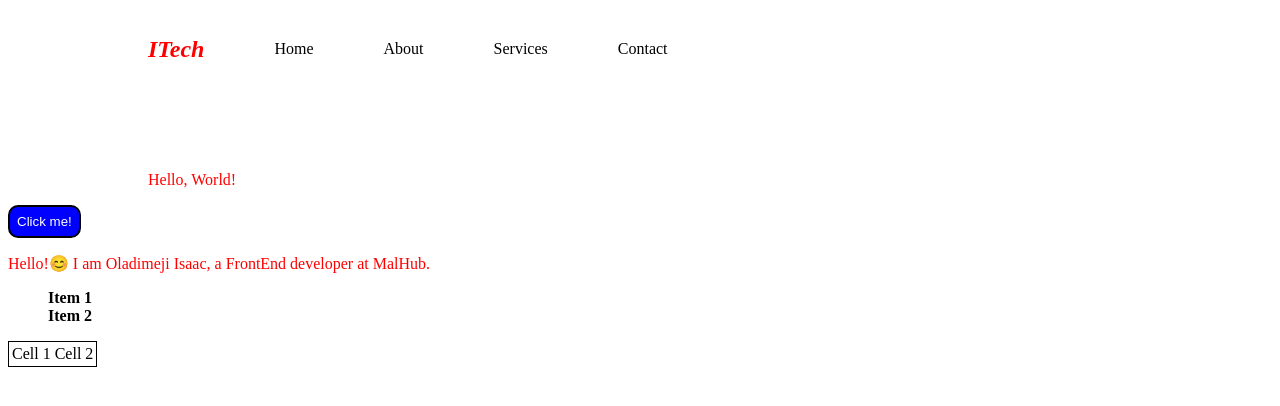
Repository: isaacCodes1/Calculator-with-js
Page: Assigment.html
These files come from the project's save history. The page is drawn as it stood at one moment and after the next save; the edit follows.
The browser window is 1280 px wide. The pictures show the whole page.

Above is the page before, as saved 2024-05-22 22:26:38.

### Assigment.html
        <!DOCTYPE html>
        <html lang="en">
        <head>
                <meta charset="UTF-8">
                <meta name="viewport" content="width=device-width, initial-scale=1.0">
                <title>Document</title>
        </head>
        <body>
                <!-- Assignment:- Give Ten examples of using the .style property -->
                <nav>
                        <ul id="lists">
                                <h1 id="logo">ITech</h1>
                                <li>Home</li>
                                <li>About</li>
                                <li>Services</li>
                                <li>Contact</li>
                        </ul>
                </nav>
                <h1 id="para"><marquee behavior="" direction="">JAVASCRIPT!!</marquee></h1>
                <p id="paragraph">Hello, World!</p>
                <button onclick="alert('Clicked!')" id="but">Click me!</button>
                <p id="para1">Hello!😊 I am Oladimeji Isaac, a FrontEnd developer at MalHub.</p>
                <ul id="list"><li>Item 1</li><li>Item 2</li></ul>
                <table id="table">
                        <tr>
                        <td>Cell 1</td>
                        <td>Cell 2</td>
                        </tr>
                </table>
                <script>
                document.getElementById("paragraph").style.color = "red";
                document.getElementById("paragraph").style.marginLeft = "140px";
                document.getElementById("para").style. color = "blue";
                document.getElementById("but").style.padding = "7px";
                document.getElementById("but").style.m
                document.getElementById("but").style.borderRadius = "10px";
                document.getElementById("but").style.border = "2px solid black";
                document.getElementById("but").style.backgroundColor = "blue";
                document.getElementById("but").style.color = "white";
                document.getElementById("para1").style.color = "red";
                document.getElementById("list").style.listStyleType = "none";
                document.getElementById("list").style.fontWeight = "bold";
                document.getElementById("table").style.border = "1px solid black";
                document.getElementById("lists").style.listStyleType = "none";
                document.getElementById("lists").style.display = "flex";
                document.getElementById("lists").style.marginLeft = "100px";
                document.getElementById("lists").style.alignItems = "center";
                document.getElementById("lists").style.gap ="70px";
                document.getElementById("logo").style.color = "red";
                document.getElementById("logo").style.fontWeight = "bold";
                document.getElementById("logo").style.fontStyle = "italic";
                document.getElementById("logo").style.fontFamily = "cursive";
                </script>
        </body>
        </html>

After the next save:
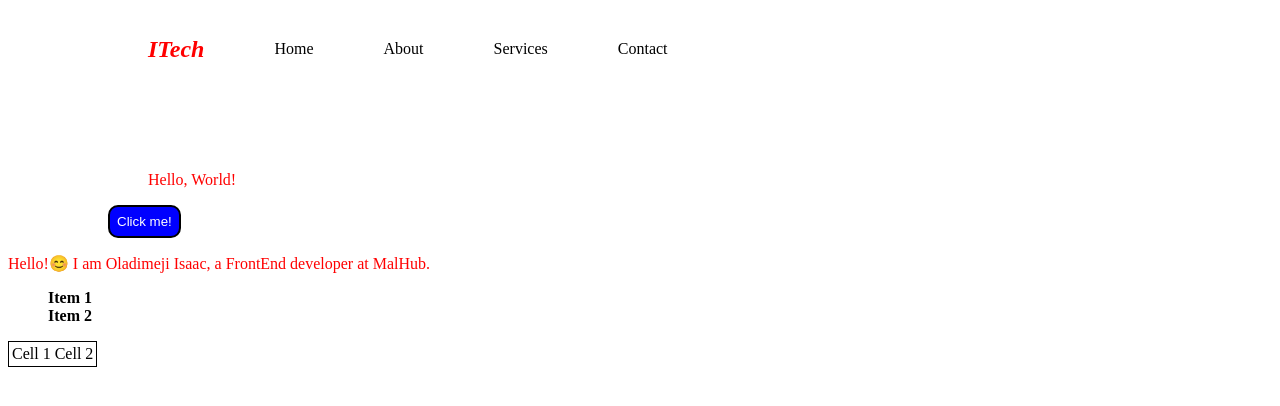
Saved 6 s later.
--- a/Assigment.html
+++ b/Assigment.html
@@ -32,7 +32,7 @@
                 document.getElementById("paragraph").style.marginLeft = "140px";
                 document.getElementById("para").style. color = "blue";
                 document.getElementById("but").style.padding = "7px";
-                document.getElementById("but").style.m
+                document.getElementById("but").style.marginLeft = "100px"
                 document.getElementById("but").style.borderRadius = "10px";
                 document.getElementById("but").style.border = "2px solid black";
                 document.getElementById("but").style.backgroundColor = "blue";
